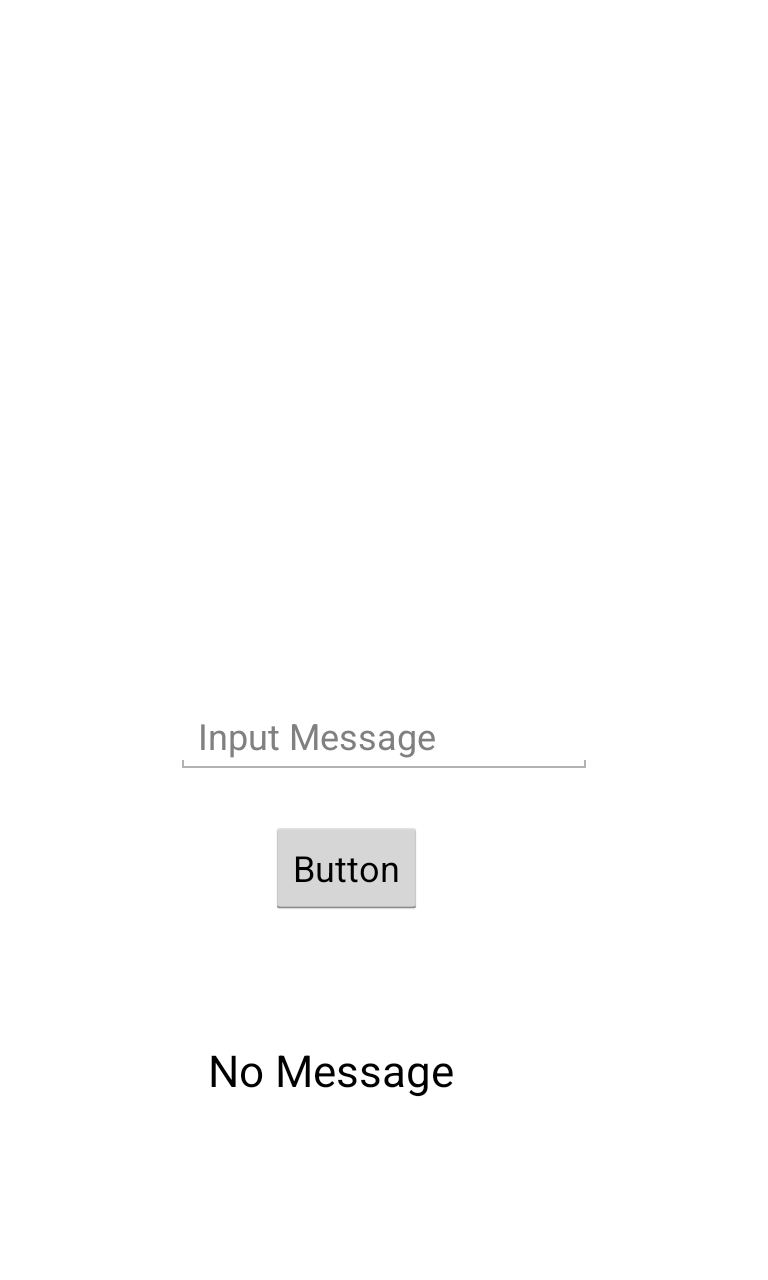
Repository: Mayappa/ANDROID-PROJ
Layout: ButtonView/res/layout/activity_main.xml
These files come from the project's save history. The layout is drawn as it stood at one moment and after the next save; the edit follows.
It is drawn on a 768 x 1280 px phone screen (xhdpi) without system bars, with theme AppTheme; the app's code is not run.

Above is the layout before, as saved 2015-11-09 02:49:43.

### ButtonView/res/layout/activity_main.xml
<RelativeLayout xmlns:android="http://schemas.android.com/apk/res/android"
    xmlns:tools="http://schemas.android.com/tools"
    android:layout_width="match_parent"
    android:layout_height="match_parent"
    android:paddingBottom="@dimen/activity_vertical_margin"
    android:paddingLeft="@dimen/activity_horizontal_margin"
    android:paddingRight="@dimen/activity_horizontal_margin"
    android:paddingTop="@dimen/activity_vertical_margin"
    tools:context=".MainActivity" >

    <EditText
        android:id="@+id/editTextinput"
        android:layout_width="wrap_content"
        android:layout_height="wrap_content"
        android:layout_alignBottom="@+id/buttondisplay"
        android:layout_centerHorizontal="true"
        android:layout_marginBottom="70dp"
        android:ems="10"
        android:hint="Input Message" />

    <TextView
        android:id="@+id/textViewoutput"
        android:layout_width="wrap_content"
        android:layout_height="wrap_content"
        android:layout_alignLeft="@+id/editTextinput"
        android:layout_below="@+id/editTextinput"
        android:layout_marginLeft="17dp"
        android:layout_marginTop="62dp"
        android:text="No Message"
        android:textAppearance="?android:attr/textAppearanceLarge" />

    <Button
        android:id="@+id/buttondisplay"
        android:layout_width="wrap_content"
        android:layout_height="wrap_content"
        android:layout_alignParentBottom="true"
        android:layout_alignRight="@+id/textViewoutput"
        android:layout_marginBottom="166dp"
        android:layout_marginRight="15dp"
        android:onClick="displaymessage"
        android:text="Button" />

</RelativeLayout>

Loaded but not shown: ButtonView/res/values/styles.xml (common file); ButtonView/res/values-v11/styles.xml (common file); ButtonView/res/values-v14/styles.xml (common file); ButtonView/res/values/dimens.xml (common file)

After the next save:
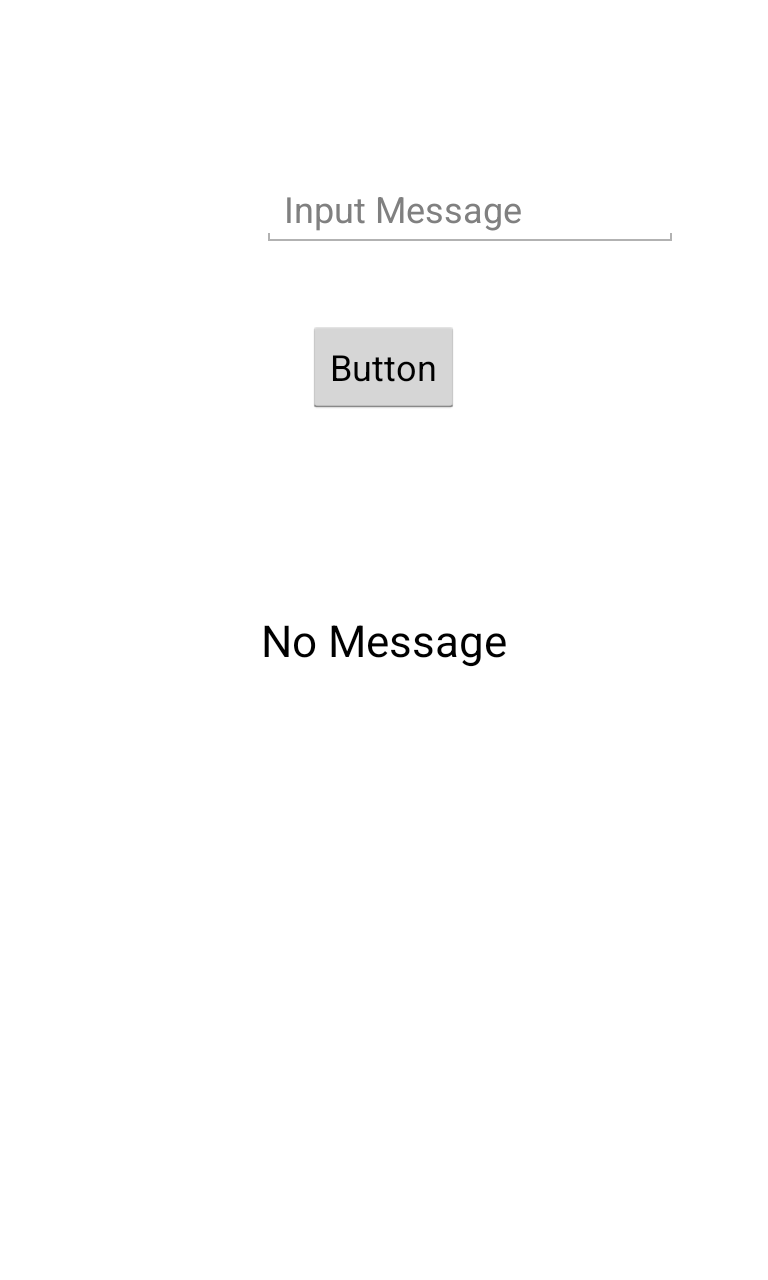
Saved 14 min 26 s later.
--- a/ButtonView/res/layout/activity_main.xml
+++ b/ButtonView/res/layout/activity_main.xml
@@ -8,36 +8,34 @@
     android:paddingTop="@dimen/activity_vertical_margin"
     tools:context=".MainActivity" >
 
-    <EditText
-        android:id="@+id/editTextinput"
+    <Button
+        android:id="@+id/buttondisplay"
         android:layout_width="wrap_content"
         android:layout_height="wrap_content"
-        android:layout_alignBottom="@+id/buttondisplay"
+        android:layout_below="@+id/editTextinput"
         android:layout_centerHorizontal="true"
-        android:layout_marginBottom="70dp"
-        android:ems="10"
-        android:hint="Input Message" />
+        android:layout_marginTop="35dp"
+        android:onClick="displaymessage"
+        android:text="Button" />
 
     <TextView
         android:id="@+id/textViewoutput"
         android:layout_width="wrap_content"
         android:layout_height="wrap_content"
-        android:layout_alignLeft="@+id/editTextinput"
-        android:layout_below="@+id/editTextinput"
-        android:layout_marginLeft="17dp"
-        android:layout_marginTop="62dp"
+        android:layout_centerHorizontal="true"
+        android:layout_centerVertical="true"
         android:text="No Message"
         android:textAppearance="?android:attr/textAppearanceLarge" />
 
-    <Button
-        android:id="@+id/buttondisplay"
+    <EditText
+        android:id="@+id/editTextinput"
         android:layout_width="wrap_content"
         android:layout_height="wrap_content"
-        android:layout_alignParentBottom="true"
-        android:layout_alignRight="@+id/textViewoutput"
-        android:layout_marginBottom="166dp"
-        android:layout_marginRight="15dp"
-        android:onClick="displaymessage"
-        android:text="Button" />
+        android:layout_alignParentRight="true"
+        android:layout_alignParentTop="true"
+        android:layout_marginRight="28dp"
+        android:layout_marginTop="69dp"
+        android:ems="10"
+        android:hint="Input Message" />
 
 </RelativeLayout>
